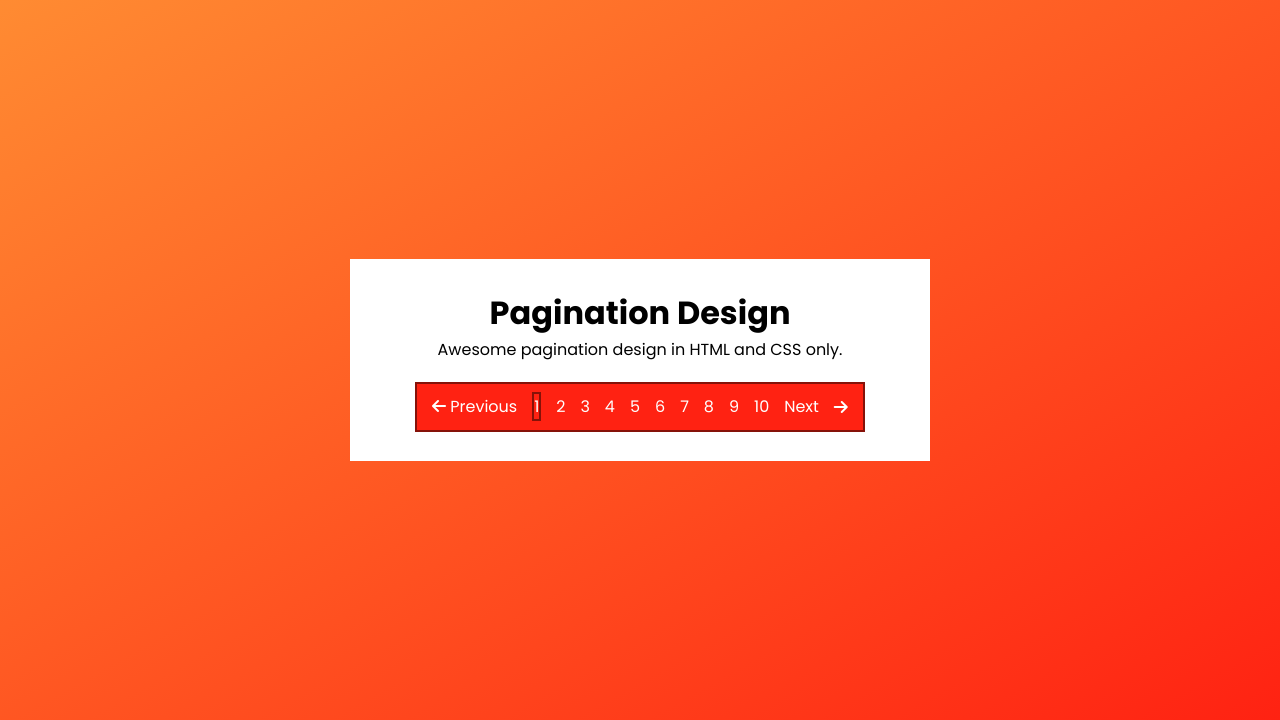
Repository: Ankitkr2021/Awesome-Pagination
Page: index.html
These files come from the project's save history. The page is drawn as it stood at one moment and after the next save; the edit follows.
The browser window is 1280 px wide. The pictures show the whole page.

Above is the page before, as saved 2025-10-02 09:08:12.

After the next save:
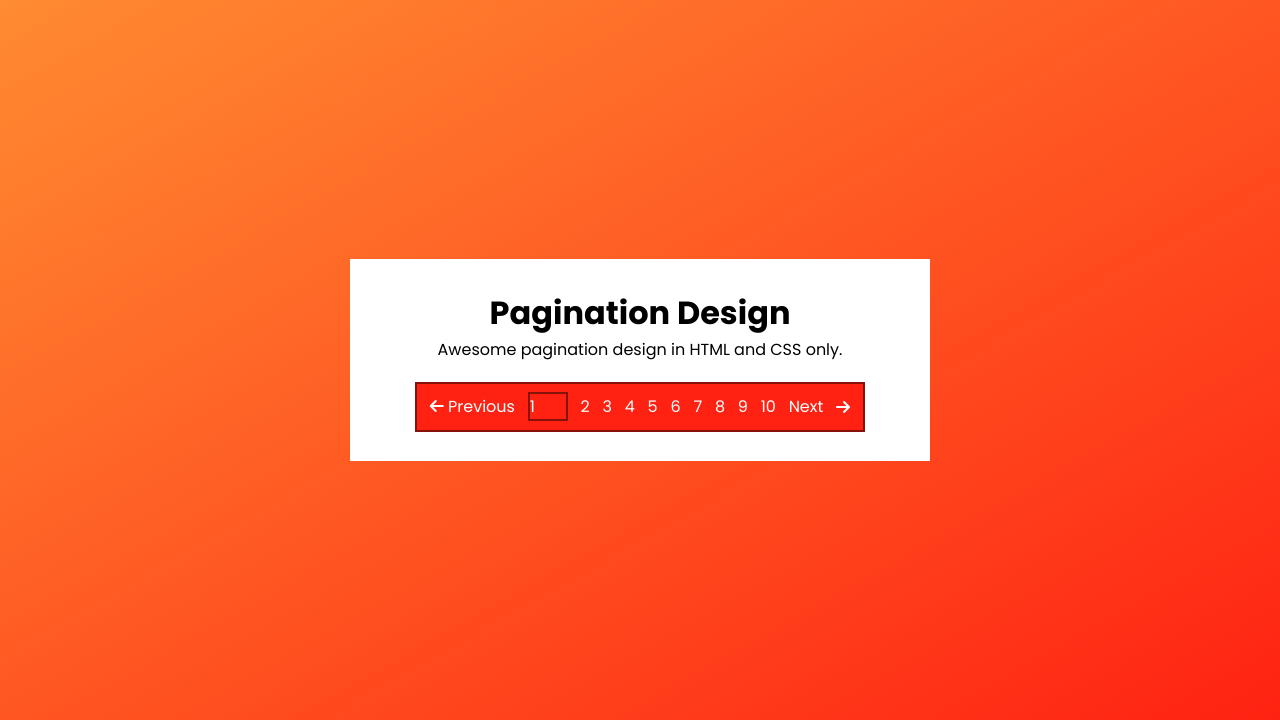
Saved 16 s later.
--- a/index.html
+++ b/index.html
@@ -13,7 +13,7 @@
         <p>Awesome pagination design in HTML and CSS only.</p>
         <div class="box">
              <div><i class="fas fa-arrow-left"></i> Previous</div>
-            <div style="border: 2px solid rgba(0, 0, 0, 0.475);">1</div>
+            <div style="width: 40px; border: 2px solid rgba(0, 0, 0, 0.475);">1</div>
             <div>2</div>
             <div>3</div>
             <div>4</div>
